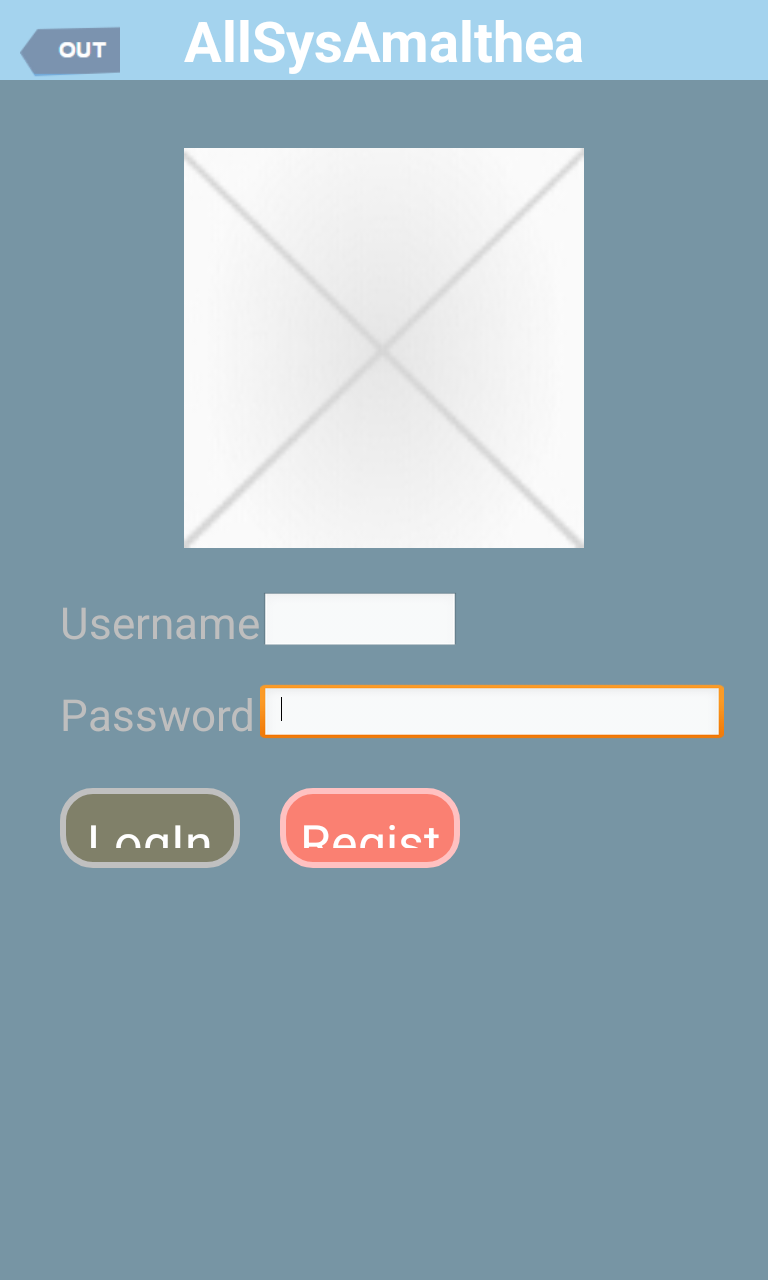
Repository: AllSysAmalthea/AllSys
Layout: APP/AppUI code/代码/Allsys/res/layout/activity_log_in.xml
The author's editor kept a copy of each file at every save. The layout is drawn from the files as they stood at one save, then again after the next save.
It is drawn on a 768 x 1280 px phone screen (xhdpi) without system bars, with theme android:Theme.NoTitleBar; the app's code is not run.

Above is the layout before, as saved 2015-06-08 02:32:51.

### APP/AppUI code/代码/Allsys/res/layout/activity_log_in.xml
<RelativeLayout xmlns:android="http://schemas.android.com/apk/res/android"
    xmlns:tools="http://schemas.android.com/tools"
    android:layout_width="match_parent"
    android:layout_height="wrap_content"
    android:layout_gravity="center_horizontal"
    android:background="@drawable/back"
    android:gravity="top"
    tools:context=".LogInActivity" >

    <AbsoluteLayout
        android:id="@+id/linearLayout1"
        android:layout_width="fill_parent"
        android:layout_height="wrap_content"
        android:orientation="horizontal" >

        <TextView
            android:id="@+id/header_text"
            android:layout_width="fill_parent"
            android:layout_height="80px"
            android:layout_x="0px"
        	android:layout_y="0px"
            android:gravity="center"
            android:singleLine="true"
            android:text="AllSysAmalthea"
            android:background="#A4D3EE"
            android:textColor="#ffffff"
            android:textSize="28sp"
            android:textStyle="bold" />

        <ImageButton
            android:id="@+id/header_left_btn"
            android:layout_width="100px"
            android:layout_height="80px"
            android:layout_x="10dp"
            android:layout_y="4dp"
            android:background="@drawable/pic1" />

    </AbsoluteLayout>

    <TextView
        android:id="@+id/textView1"
        android:layout_width="200px"
        android:layout_height="60px"
        android:layout_alignParentLeft="true"
        android:layout_below="@+id/myImageView1"
        android:layout_marginLeft="30dp"
        android:layout_marginTop="22dp"
        android:text="Username"
        android:textSize="22sp" />

    <EditText
        android:id="@+id/Username"
        android:layout_width="200px"
        android:layout_height="60px"
        android:layout_above="@+id/textView2"
        android:layout_toRightOf="@+id/textView1"
        android:ems="10"
        android:inputType="textPersonName"
        android:textSize="22sp" />

    <TextView
        android:id="@+id/textView2"
        android:layout_width="200px"
        android:layout_height="60px"
        android:layout_alignLeft="@+id/textView1"
        android:layout_below="@+id/textView1"
        android:layout_marginTop="16dp"
        android:text="Password"
        android:textSize="22sp" />

    <EditText
        android:id="@+id/Password"
        android:layout_width="200px"
        android:layout_height="60px"
        android:layout_alignParentRight="true"
        android:layout_alignTop="@+id/textView2"
        android:layout_marginRight="22dp"
        android:layout_toRightOf="@+id/textView2"
        android:ems="10"
        android:inputType="textPassword"
        android:textSize="22sp" >

        <requestFocus />
    </EditText>

    <Button
        android:id="@+id/Login"
        android:layout_width="180px"
        android:layout_height="80px"
        android:layout_alignLeft="@+id/textView2"
        android:layout_below="@+id/textView2"
        android:layout_marginTop="22dp"
        android:background="@drawable/shape"
        android:text="LogIn"
        android:textColor="#ffffff"
        android:textSize="25sp" />

    <Button
        android:id="@+id/Register"
        android:layout_width="180px"
        android:layout_height="80px"
        android:layout_alignBaseline="@+id/Login"
        android:layout_alignBottom="@+id/Login"
        android:layout_alignRight="@+id/Username"
        android:background="@drawable/shape2"
        android:text="Register"
        android:textColor="#ffffff"
        android:textSize="25sp" />

    <ImageView
        android:id="@+id/myImageView1"
        android:layout_width="400px"
        android:layout_height="400px"
        android:layout_below="@+id/linearLayout1"
        android:layout_centerHorizontal="true"
        android:layout_marginTop="30dp"
        android:background="@drawable/news" />

</RelativeLayout>

### APP/AppUI code/代码/Allsys/res/drawable-mdpi/shape.xml
<?xml version="1.0" encoding="utf-8"?>
<shape xmlns:android="http://schemas.android.com/apk/res/android"
    android:shape="rectangle" >

    <!-- 填充的颜色：这里设置背景透明 -->
    <solid android:color="#808069" />
    <!-- 边框的颜色 ：不能和窗口背景色一样-->
    <stroke
        android:width="3dp"
        android:color="#C0C0C0" />
    <!-- 设置按钮的四个角为弧形 -->
    <!-- android:radius 弧形的半径 -->
    <corners android:radius="15dip" />

    <!-- padding：Button里面的文字与Button边界的间隔 -->
    <padding
        android:bottom="10dp"
        android:left="10dp"
        android:right="10dp"
        android:top="10dp" />

</shape>

### APP/AppUI code/代码/Allsys/res/drawable-mdpi/shape2.xml
<?xml version="1.0" encoding="utf-8"?>
<shape xmlns:android="http://schemas.android.com/apk/res/android"
    android:shape="rectangle" >

    <!-- 填充的颜色：这里设置背景透明 -->
    <solid android:color="#fa8072" />
    <!-- 边框的颜色 ：不能和窗口背景色一样-->
    <stroke
        android:width="3dp"
        android:color="#FFC1C1" />
    <!-- 设置按钮的四个角为弧形 -->
    <!-- android:radius 弧形的半径 -->
    <corners android:radius="15dip" />

    <!-- padding：Button里面的文字与Button边界的间隔 -->
    <padding
        android:bottom="10dp"
        android:left="10dp"
        android:right="10dp"
        android:top="10dp" />

</shape>

After the next save:
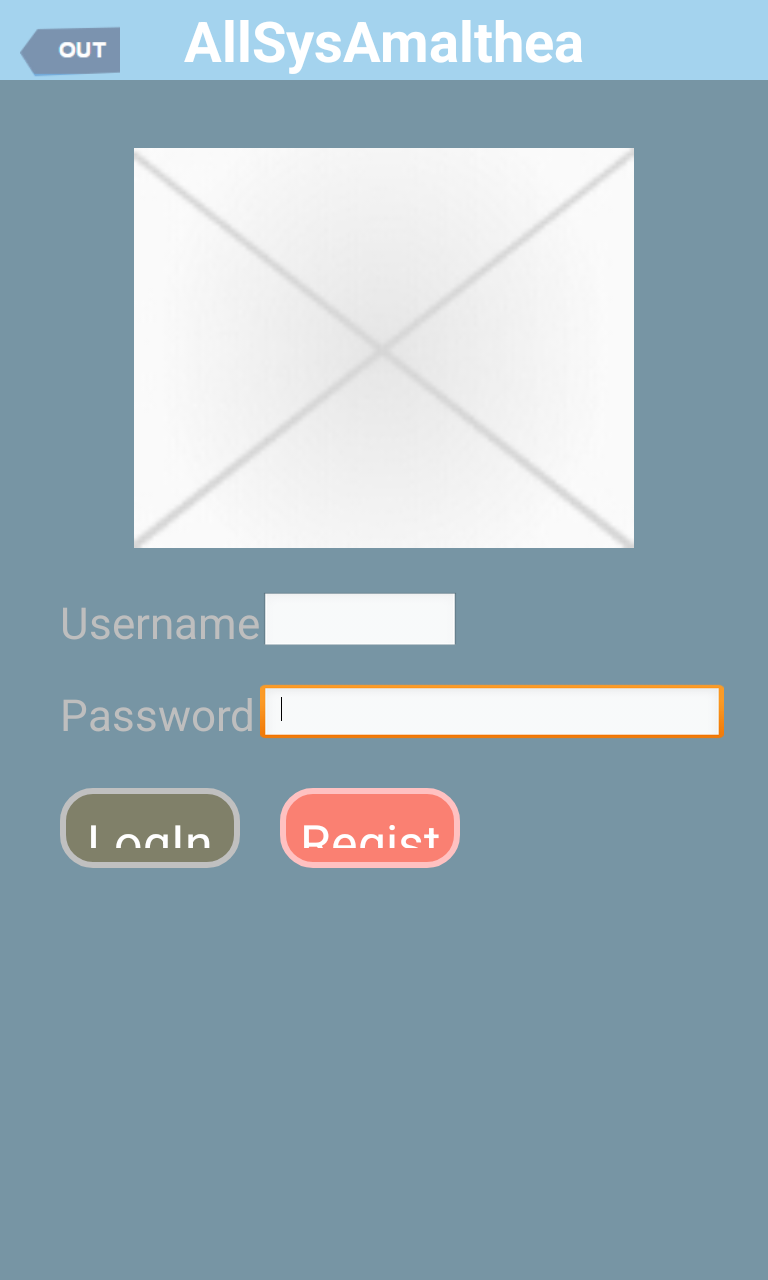
Saved 13 s later.
--- a/APP/AppUI code/代码/Allsys/res/layout/activity_log_in.xml
+++ b/APP/AppUI code/代码/Allsys/res/layout/activity_log_in.xml
@@ -109,7 +109,7 @@
 
     <ImageView
         android:id="@+id/myImageView1"
-        android:layout_width="400px"
+        android:layout_width="500px"
         android:layout_height="400px"
         android:layout_below="@+id/linearLayout1"
         android:layout_centerHorizontal="true"
